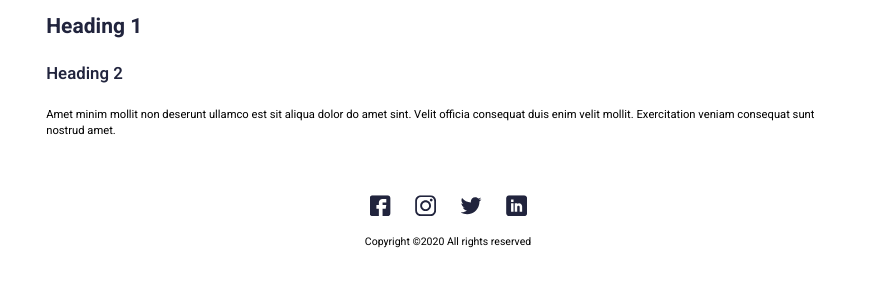
Repository: sharma171/portfolio
Page: /detailed
These files come from the project's save history. The page is drawn as it stood at one moment and after a run of saves; the edit follows.
The browser window is 1280 px wide. The pictures show the part of the page from y = 1157 to 3077 px (the page is 1563 px tall before and 3176 px after), at 70% of full size.
The project was rebuilt for these pictures with package versions that can differ from the ones it lists, and the page was loaded fresh each time. The framework's server and built-in components were replaced by stand-ins that run in the browser. Also part of the build but not shown: next.config.mjs.

Above is the page before, as saved 2024-06-02 18:03:03.

After the next 2 saves:
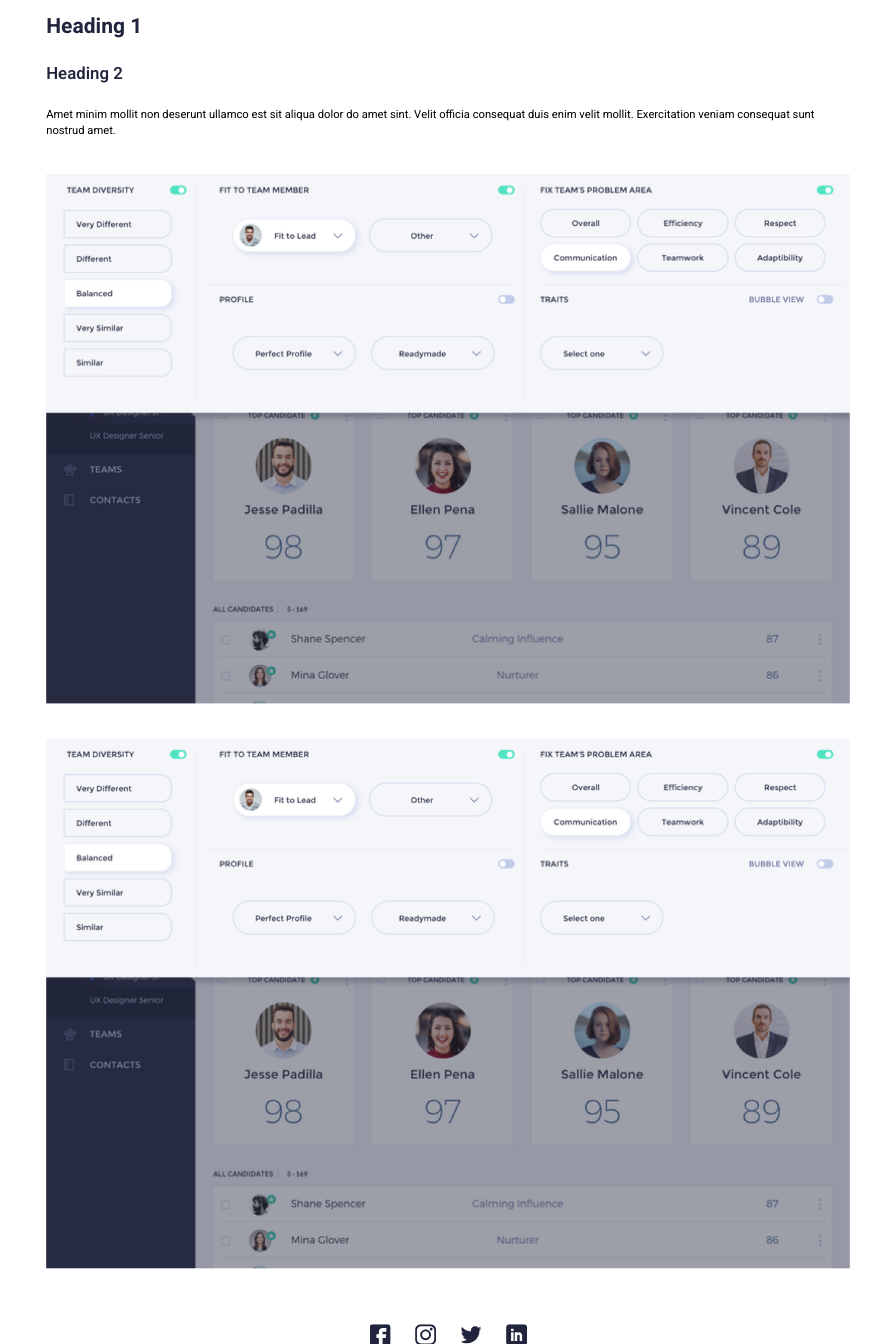
The 2 saves are shown as one change because they came seconds apart.
The last was saved 16 s later.
--- a/src/app/detailed/page.jsx
+++ b/src/app/detailed/page.jsx
@@ -28,6 +28,8 @@ export default function DetailPage() {
                     <p className="subheading">
                         Amet minim mollit non deserunt ullamco est sit aliqua dolor do amet sint. Velit officia consequat duis enim velit mollit. Exercitation veniam consequat sunt nostrud amet.
                     </p>
+                    <Image src={Featured1} alt="featured" className="full-w-thumb" />
+                    <Image src={Featured1} alt="featured" className="full-w-thumb" />
                 </div>
             </div>
         </section>
